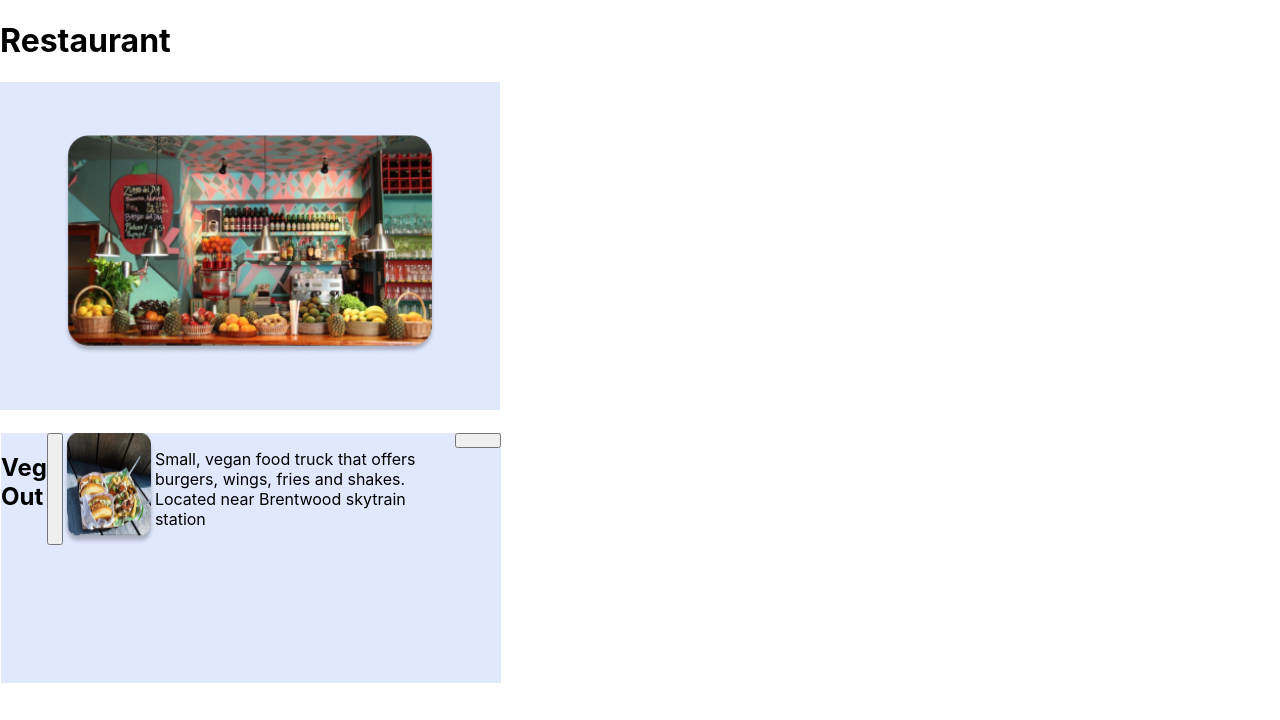
Repository: Kinakopan/design_mindfulEating_site
Page: /restaurant (app in firstapp/)
An editor plug-in stored every save of this project. The page is shown before and after the next save, followed by the edit.
The browser window is 1280 px wide. The pictures show the whole page.
The project was rebuilt for these pictures with package versions that can differ from the ones it lists, and the page was loaded fresh each time. The framework's server and built-in components were replaced by stand-ins that run in the browser. Also part of the build but not shown: firstapp/next.config.js.

Above is the page before, as saved 2022-04-20 16:15:09.

### firstapp/pages/restaurant.js
import ImgCard from "../comps/ImgCard";
import RestaurantCard from "../comps/RestaurantCard";
import ReCont from "../comps/RestaurantCard";
import ReImg from "../comps/RestaurantCard";
import Starts from "../comps/RestaurantCard";


export default function Restaurant(){

    return (
    <div>
        <h1>Restaurant</h1>

        <ImgCard
        img="/restaurant.png"
        bg="#E0E8FD"/>


    <main>
        <RestaurantCard>
        </RestaurantCard>



    </main>
    </div>

    )
}

### firstapp/comps/ImgCard.js
import { Children } from 'react';
import styled from 'styled-components';

const CardCont = styled.div`
    background-color: ${props=>props.cl};
    color: ${props=>props.text_cl};
    min-width: 375px;
    max-width: 500px;
    padding: 1em 3em 1em 3em;
    border-radius: ${props=>props.border_radius}
`;

const DispImage = styled.img`
    width: 100%;
    padding: 1em;
`;

const List = styled.div`
    text-align: right;
`;

export default function ImgCard({
    img="/food1.png",
    bg="#E0E8FD",
    tcl="#08213E",
    title="",
    txt="",
    bor="",
    n1,n2,n3,n4="",
    Children=null

}){

    return <CardCont cl={bg} text_cl={tcl} border_radius={bor}>
        <h1>{title}</h1>
        <DispImage src={img}/>
        <List>
            <h2>{n1}</h2>
            <h2>{n2}</h2>
            <h2>{n3}</h2>
            <h2>{n4}</h2>
        </List>
        <p>{txt}</p>
        {Children}

    </CardCont>
}

### firstapp/comps/RestaurantCard.js

import styled from 'styled-components';


const ReCont = styled.div`
background-color:${props=>props.cl};
width:500px;
align-items: center;
position: absolute;
height: 250px;
left: 1px;
top: 433px;
`
;

const ReImg = styled.img`
width:100px;
padding: 1 1 auto auto;
`;

const Text = styled.p`
top:20px;

`
;

const Starts = styled.button `
width:100px;
height:15px;
left:500px;
`

const ResItem = styled.div`
    display: flex;
`
;

const Title = styled.h2`

`
;


export default function RestaurantCard({
    img="/veg out.png",
    bg="#E0E8FD",
    h2="Veg Out",
    txt="Small, vegan food truck that offers burgers, wings, fries and shakes. Located near Brentwood skytrain station",


}){

    return <ReCont
    cl={bg} txt={txt}>


    <ResItem>
        <Title>{h2}</Title>
        <button img="/start rating.png"></button>
        <ReImg src={img}></ReImg>
        <Text>{txt}</Text>
        <Starts img="/start rating.png"></Starts>

    </ResItem>
    </ReCont>
}


//export default function RestaurantCard(){
    //return(
   //     <img src="/veg out.png" />
   // )

//}

Loaded but not shown: firstapp/pages/_app.js (common file); firstapp/styles/globals.css (common file)

After the next save:
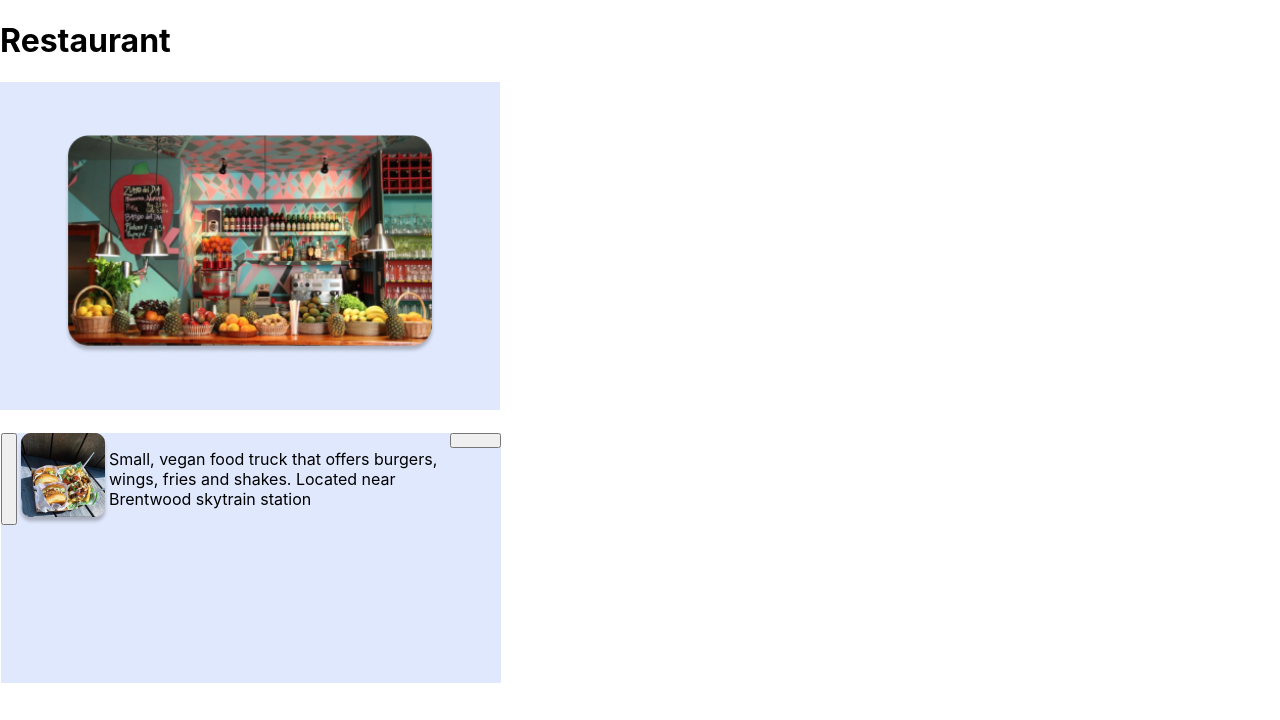
Saved 6 s later.
--- a/firstapp/comps/RestaurantCard.js
+++ b/firstapp/comps/RestaurantCard.js
@@ -55,8 +55,7 @@ export default function RestaurantCard({
 
 
     <ResItem>
-        <Title>{h2}</Title>
-        <button img="/start rating.png"></button>
+    <button img="/start rating.png"></button>
         <ReImg src={img}></ReImg>
         <Text>{txt}</Text>
         <Starts img="/start rating.png"></Starts>
